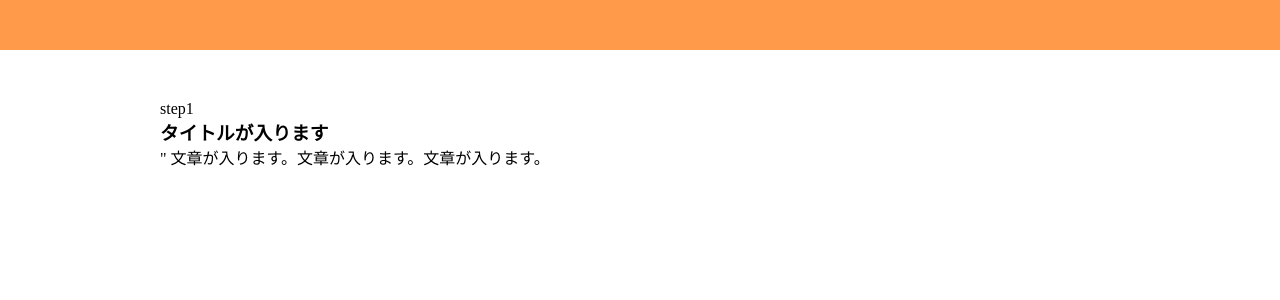
Repository: ayakodesu/html-practice
Page: chapter9/chapter9.html
The author's editor kept a record of every edit. The page is drawn from the files as they stood at one moment, then again after the next edit.
The browser window is 1280 px wide. The pictures show the whole page.

Above is the page before.

After the next edit:
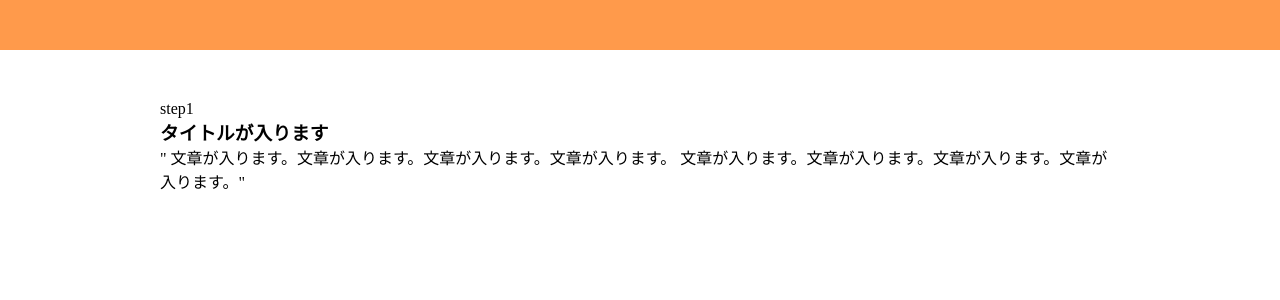
The edit:
--- a/chapter9/chapter9.html
+++ b/chapter9/chapter9.html
@@ -15,7 +15,9 @@
       <span class="step-num">step1</span>
       <h3 class="title">タイトルが入ります</h3>
       <p class="text">
-        " 文章が入ります。文章が入ります。文章が入ります。
+        " 文章が入ります。文章が入ります。文章が入ります。文章が入ります。
+        文章が入ります。文章が入ります。文章が入ります。文章が入ります。"
+      </p>
   </div>
 
 
